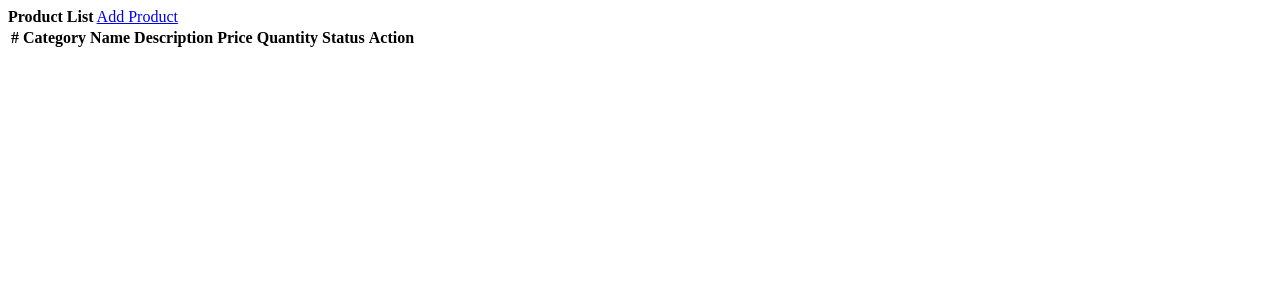
Repository: JyrossC/POS-PHP
Page: http://localhost/products.php
The author's editor kept a copy of each file at every save. The page is drawn from the files as they stood at one save, then again after the next save.
The browser window is 1280 px wide. The pictures show the whole page.
The page is run by PHP 8.4 with error messages shown; the project is at /var/www/html/. Queries for data that is not in the repository find no rows.

Above is the page before, as saved 2024-08-24 18:56:39.
Console error: ReferenceError: $ is not defined

### POS System/products.php
<?php include('db_connect.php');?>

<div class="container-fluid">

	<div class="col-lg-12">
		<div class="row">
			<!-- FORM Panel -->
			<!-- <div class="col-md-4">
			<form action="" id="manage-product">
				<div class="card">
					<div class="card-header">
						   Product Form
				  	</div>
					<div class="card-body">
							<input type="hidden" name="id">
							<div class="form-group">
								<label class="control-label">Category</label>
								<select name="category_id" id="category_id" class="custom-select select2" required>
									<option value=""></option>
									<?php
									$qry = $conn->query("SELECT * FROM categories order by name asc");
									while($row=$qry->fetch_assoc()):
										$cname[$row['id']] = ucwords($row['name']);
									?>
									<option value="<?php echo $row['id'] ?>"><?php echo $row['name'] ?></option>
								<?php endwhile; ?>
								</select>
							</div>
							<div class="form-group">
								<label class="control-label">Name</label>
								<input type="text" class="form-control" name="name" required>
							</div>
							<div class="form-group">
								<label class="control-label">Description</label>
								<textarea name="description" id="description" cols="30" rows="4" class="form-control" required></textarea>
							</div>
							<div class="form-group">
								<label class="control-label">Price</label>
								<input type="number" class="form-control text-right" name="price" required>
							</div>
							<div class="form-group">
								<div class="custom-control custom-switch">
								  <input type="checkbox" class="custom-control-input" id="status" name="status" checked value="1" required>
								  <label class="custom-control-label" for="status">Available</label>
								</div>
							</div>
					</div>

					<div class="card-footer">
						<div class="row">
							<div class="col-md-12 text-center">
								<button class="btn btn-primary"> Save</button>
								<button class="btn btn-default" type="button" onclick="$('#manage-product').get(0).reset()"> Cancel</button>
							</div>
						</div>
					</div>
				</div>
			</form>
			</div> -->
			<!-- FORM Panel -->

			<!-- Table Panel -->
			<div class="col-md-12">
				<div class="card">
					<div class="card-header">
						<b>Product List</b>
						<span class="float:right"><a class="btn btn-primary btn-block btn-sm col-sm-2 float-right" href="index.php?page=add-product" id="new_order">
						<i class="fa fa-plus"></i> Add Product </a></span>
					</div>
					<div class="card-body">
						<table class="table table-hover">
							<thead>
								<tr>
									<th>#</th>
									<th>Category</th>
									<th>Name</th>
									<th>Description</th>
									<th>Price</th>
									<th>Quantity</th>
									<th>Status</th>

									<th>Action</th>
								</tr>
							</thead>
							<tbody>
								<?php
								$i = 1;
								$product = $conn->query("SELECT * FROM products order by id asc");
								while($row=$product->fetch_assoc()):
								?>
								<tr>
									<td class="text-center"><?php echo $i++ ?></td>
									<td class="">
										<?php echo $cname[$row['category_id']] ?>
									</td>
									<td class="">
									<?php echo $row['name'] ?></td>
									<td class="">
									<?php echo $row['description'] ?>
									<td class="">
									<?php echo number_format($row['price'],2) ?></td>
									</td>
									<td class="">
									<?php echo number_format($row['quantity'],2) ?></td>
									</td>
									<td class="">

										 <?php echo $row['status'] == 1 ? " Available" : "Unavailable" ?>
									</td>
									<td class="text-center">

										<!-- <a class="btn btn-primary btn-sm edit_product" href="index.php?page=edit-product#<?php echo $row['id'] ?>" type="button" data-id="" data-description="<?php echo $row['description'] ?>" data-name="<?php echo $row['name'] ?>"  data-price="<?php echo $row['price'] ?>"  data-status="<?php echo $row['status'] ?>" data-category_id="<?php echo $row['category_id'] ?>"><i class="fa fa-edit"></i></a> -->

										<button class="btn btn-danger btn-sm delete_product" type="button" data-id="<?php echo $row['id'] ?>"><i class="fa fa-trash-alt"></i></button>
									</td>
								</tr>
								<?php endwhile; ?>
							</tbody>
						</table>
					</div>
				</div>
			</div>
			<!-- Table Panel -->
		</div>
	</div>

</div>
<style>

	td{
		vertical-align: middle !important;
	}
	td p {
		margin:unset;
	}
	.custom-switch{
		cursor: pointer;
	}
	.custom-switch *{
		cursor: pointer;
	}
</style>
<script>
	$('#manage-product').on('reset',function(){
		$('input:hidden').val('')
		$('.select2').val('').trigger('change')
	})

	$('#manage-product').submit(function(e){
		e.preventDefault()
		start_load()
		$.ajax({
			url:'ajax.php?action=save_product',
			data: new FormData($(this)[0]),
		    cache: false,
		    contentType: false,
		    processData: false,
		    method: 'POST',
		    type: 'POST',
			success:function(resp){
				if(resp==1){
					alert_toast("Data successfully added",'success')
					setTimeout(function(){
						location.reload()
					},1500)

				}
				else if(resp==2){
					alert_toast("Data successfully updated",'success')
					setTimeout(function(){
						location.reload()
					},1500)

				}
			}
		})
	})
	$('.edit_product').click(function(){
		start_load()
		var cat = $('#manage-product')
		cat.get(0).reset()
		cat.find("[name='id']").val($(this).attr('data-id'))
		cat.find("[name='name']").val($(this).attr('data-name'))
		cat.find("[name='description']").val($(this).attr('data-description'))
		cat.find("[name='price']").val($(this).attr('data-price'))
		cat.find("[name='quantity']").val($(this).attr('data-quantity'))
		cat.find("[name='category_id']").val($(this).attr('data-category_id')).trigger('change')
		if($(this).attr('data-status') == 1)
			$('#status').prop('checked',true)
		else
			$('#status').prop('checked',false)
		end_load()
	})
	$('.delete_product').click(function(){
		_conf("Are you sure to delete this product?","delete_product",[$(this).attr('data-id')])
	})
	function delete_product($id){
		start_load()
		$.ajax({
			url:'ajax.php?action=delete_product',
			method:'POST',
			data:{id:$id},
			success:function(resp){
				if(resp==1){
					alert_toast("Data successfully deleted",'success')
					setTimeout(function(){
						location.reload()
					},1500)

				}
			}
		})
	}
	$('table').dataTable()
</script>

### POS System/db_connect.php
<?php

$conn= new mysqli('localhost','root','','shop_pos')or die("Could not connect to mysql".mysqli_error($con));

?>

After the next save:
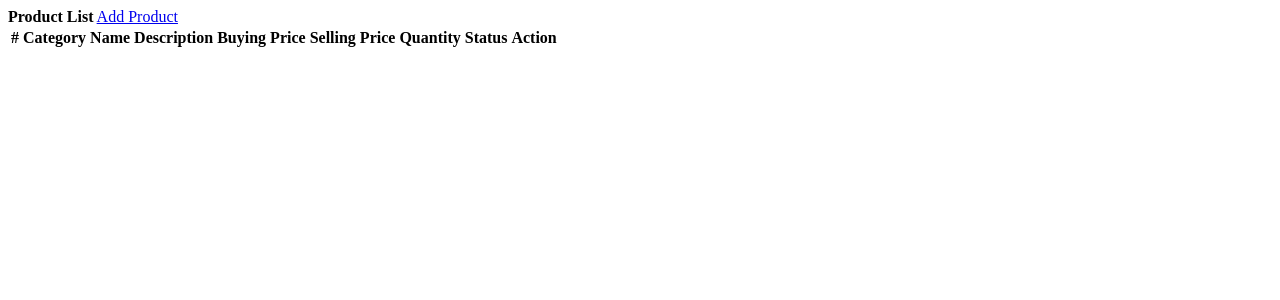
Saved 5 h 20 min later.
--- a/POS System/products.php
+++ b/POS System/products.php
@@ -75,7 +75,8 @@
 									<th>Category</th>
 									<th>Name</th>
 									<th>Description</th>
-									<th>Price</th>
+									<th>Buying Price</th>
+									<th>Selling Price</th>
 									<th>Quantity</th>
 									<th>Status</th>
 

After the save that followed:
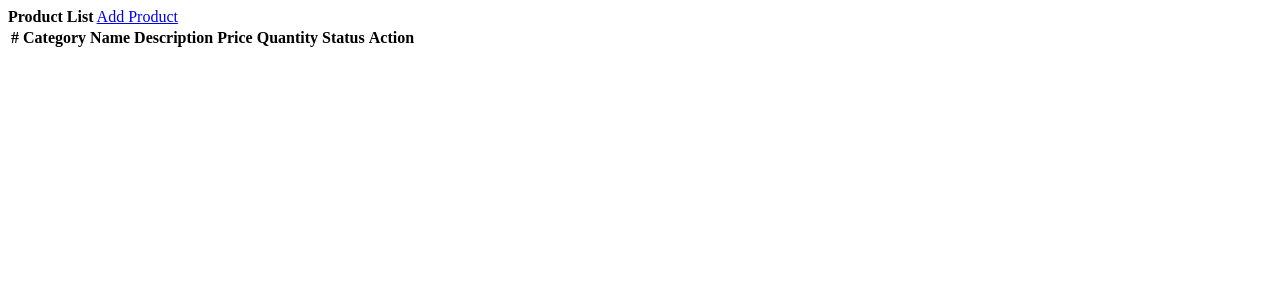
Saved 46 s later.
--- a/POS System/products.php
+++ b/POS System/products.php
@@ -75,8 +75,7 @@
 									<th>Category</th>
 									<th>Name</th>
 									<th>Description</th>
-									<th>Buying Price</th>
-									<th>Selling Price</th>
+									<th>Price</th>
 									<th>Quantity</th>
 									<th>Status</th>
 
